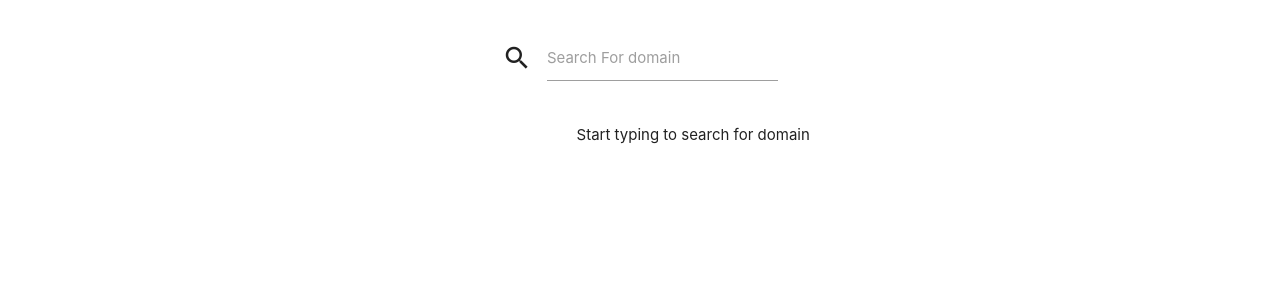
Repository: habib-urrehmaan/domain-name-searcher
Page: / (app in client/)
These files come from the project's save history. The page is drawn as it stood at one moment and after the next save; the edit follows.
The browser window is 1280 px wide. The pictures show the whole page.
The project was rebuilt for these pictures with package versions that can differ from the ones it lists, and the page was loaded fresh each time.

Above is the page before, as saved 2020-04-17 18:10:24.

### client/public/index.html
<!DOCTYPE html>
<html lang="en">
  <head>
    <meta charset="utf-8" />
    <link rel="icon" href="%PUBLIC_URL%/favicon.ico" />
    <meta name="viewport" content="width=device-width, initial-scale=1" />
    <meta name="theme-color" content="#000000" />
    <meta
      name="description"
      content="Web site created using create-react-app"
    />
    <link rel="apple-touch-icon" href="%PUBLIC_URL%/logo192.png" />
    <!--
      manifest.json provides metadata used when your web app is installed on a
      user's mobile device or desktop. See https://developers.google.com/web/fundamentals/web-app-manifest/
    -->
    <link rel="manifest" href="%PUBLIC_URL%/manifest.json" />
    <!--
      Notice the use of %PUBLIC_URL% in the tags above.
      It will be replaced with the URL of the `public` folder during the build.
      Only files inside the `public` folder can be referenced from the HTML.

      Unlike "/favicon.ico" or "favicon.ico", "%PUBLIC_URL%/favicon.ico" will
      work correctly both with client-side routing and a non-root public URL.
      Learn how to configure a non-root public URL by running `npm run build`.
    -->
    <link rel="stylesheet" href="https://cdnjs.cloudflare.com/ajax/libs/materialize/1.0.0/css/materialize.min.css">
    <link href="https://fonts.googleapis.com/icon?family=Material+Icons" rel="stylesheet">
     <!-- Compiled and minified JavaScript -->
     <script src="https://cdnjs.cloudflare.com/ajax/libs/materialize/1.0.0/js/materialize.min.js"></script>
    <title>React App</title>
  </head>
  <body>
    <noscript>You need to enable JavaScript to run this app.</noscript>
    <div id="root"></div>
    <!--
      This HTML file is a template.
      If you open it directly in the browser, you will see an empty page.

      You can add webfonts, meta tags, or analytics to this file.
      The build step will place the bundled scripts into the <body> tag.

      To begin the development, run `npm start` or `yarn start`.
      To create a production bundle, use `npm run build` or `yarn build`.
    -->
  </body>
</html>

### client/src/index.js
import React from 'react';
import ReactDOM from 'react-dom';
import './index.css';
import App from './App';

ReactDOM.render(
  <React.StrictMode>
    <App />
  </React.StrictMode>,
  document.getElementById('root')
);

// If you want your app to work offline and load faster, you can change
// unregister() to register() below. Note this comes with some pitfalls.
// Learn more about service workers: https://bit.ly/CRA-PWA
// serviceWorker.unregister();

### client/src/App.js
import React from 'react';
import Search from './Search';
import Output from './Output';

class App extends React.Component {

  constructor(props)
  {
    super(props);
    this.state ={
      output:null
    }
  }


  setAppOutput = (outputData) =>
  {
    console.log("setting output value")

    this.setState({
      output:outputData
    })
  }

  render()
  {
    return (
      <>
      <div className="App container">
      <div className="row"></div>
        <Search setOutput={this.setAppOutput}/>
        <Output data={this.state.output}/>
      </div>
      </>
    );
  }
}

export default App;

### client/src/Search.js
import React, { Component } from 'react'
import axios from 'axios'

class Search extends Component {

    constructor(props)
    {
        super(props);
        console.log(props)
    }

    onChangeHandler = (e) =>
    {
        axios({
            'method': 'GET',
            'url': `http://localhost:5000/domain/search?domain=${e.target.value}`,
            'ContentType':'application/json'
        }).then((response)=>{

            var obj = JSON.parse(response.data.data);
            this.props.setOutput(obj);
        }).catch(error=>{
            console.log(error);
        });
    }

    render() {
        return (
            <div>
                <div className="row">
                    <div className="input-field col offset-s4 s4">
                        <i className="material-icons prefix">search</i>
                        <input id="search" type="text" className="validate" onChange={this.onChangeHandler}/>
                        <label htmlFor="search">Search For domain</label>
                    </div>
                </div>
            </div>
        )
    }
}

export default Search;

### client/src/Output.js
import React from 'react'

export default function Output(props) {

    let {data} = props;
    console.log("output data",data);
    return (
        <div className="row">
        {(data)?(<div className="col offset-s5">{(data.available)?(<div><span>Congratulations! This domain is available</span><br/>
            <span><b>Price:</b>{data.price}{data.currency}</span></div>):(data.code)?(<div>{data.message}</div>):(<span>Sorry this domain is not Available</span>)}</div>)
            :(<div className="col offset-s5">Start typing to search for domain</div>)}


        </div>
    )
}

Loaded but not shown: client/src/index.css (common file)

After the next save:
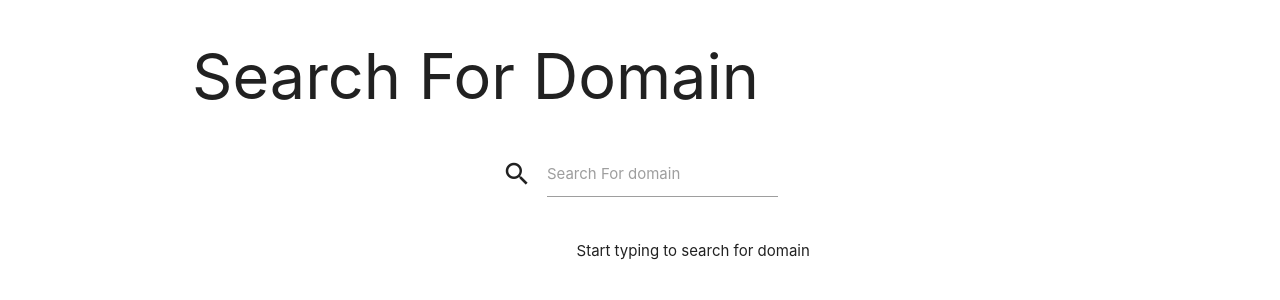
Saved 19 s later.
--- a/client/src/App.js
+++ b/client/src/App.js
@@ -27,7 +27,7 @@ class App extends React.Component {
     return (
       <>
       <div className="App container">
-      <div className="row"></div>
+        <h1>Search For Domain</h1>
         <Search setOutput={this.setAppOutput}/>
         <Output data={this.state.output}/>
       </div>
